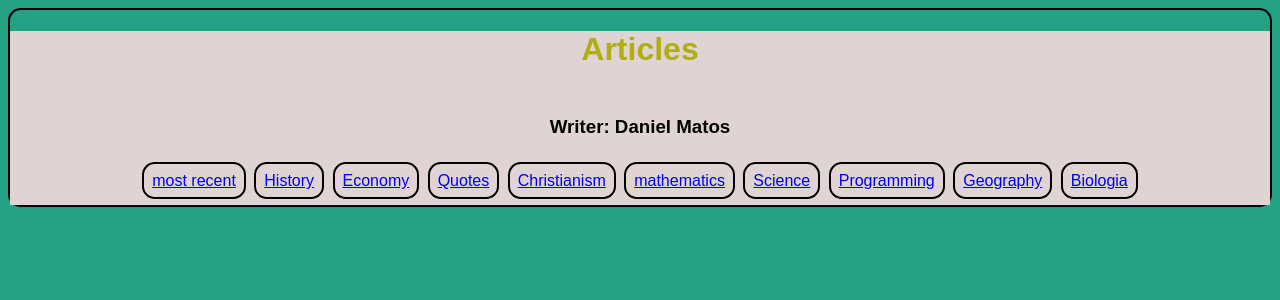
Repository: batmit/FutureFundation.github.io-1
Page: menu/articles/articles.html
These files come from the project's save history. The page is drawn as it stood at one moment and after the next save; the edit follows.
The browser window is 1280 px wide. The pictures show the whole page.

Above is the page before, as saved 2021-09-23 18:00:35.

### menu/articles/articles.html
<!DOCTYPE html>
<html lang="en">
<head>
    <meta charset="UTF-8">
    <meta http-equiv="X-UA-Compatible" content="IE=edge">
    <meta name="viewport" content="width=device-width, initial-scale=1.0">
    <title>Articles</title>
    <link rel="stylesheet" href="/menu/main.css">
    <link rel="stylesheet" href="./articles.css">
</head>
<body>
    <div id="all">


        <header>

            <h1>Articles</h1>

            <h3>Writer: Daniel Matos</h3>

        </header>




        <div id="articles">


            <a href="/menu/articles/ciencias/energia/star_ina_bottle.html">most recent</a>

            <a href="./history/history.html">History</a>

            <a href="/menu/articles/economia/economia.html">Economy</a>

            <a href="/menu/articles/speechs/citações.html">Quotes</a>

            <a href="/menu/articles/cristianism/cristianism.html">Christianism</a>

            <a href="/menu/articles/matematic/matematica.html">mathematics</a>

            <a href="/menu/articles/ciencias/ciencias.html">Science</a>

            <a href="./programming/programming.html">Programming</a>

            <a href="./geografia/geografia.html">Geography</a>

            <a href="./biologia/biologia.html">Biologia</a>

        </div>



    </div>
</body>
</html>

### menu/main.css
body{

    text-align: center;

    border: black 2px solid;

    border-radius: 0.8rem;

    font-family: 'Ubuntu', arial;

    background-color: rgb(36, 161, 130);


}

#articles {
    gap: 3px;
}

#all{

    background-color: rgb(223, 211, 211);

}


#codigo{
    text-align:left;

}


img{
    text-align: center;
    justify-content: center;

}

p{
    font-size: 20px;
    font-family: 'Ubuntu', arial;
}

a{
    border: 2px solid black;

    border-radius: 0.8rem;

    box-sizing: border-box;

    padding: 0.5rem;

    line-height:3rem;

    margin: 2px;


}

a:hover{

    background-color:#F0FFFF;

}

h1{

    margin-bottom: 3rem;

    color: rgb(177, 174, 17);

}

audio {
    -webkit-transition:all 0.5s linear;
    -moz-transition:all 0.5s linear;
    -o-transition:all 0.5s linear;
    transition:all 0.5s linear;
    -moz-box-shadow: 2px 2px 4px 0px #006773;
    -webkit-box-shadow:  2px 2px 4px 0px #006773;
    box-shadow: 2px 2px 4px 0px #006773;
    -moz-border-radius:7px 7px 7px 7px ;
    -webkit-border-radius:7px 7px 7px 7px ;
    border-radius:7px 7px 7px 7px ;
}

audio:hover, audio:focus, audio:active {

-webkit-box-shadow: 15px 15px 20px rgba(0,0, 0, 0.4);
-moz-box-shadow: 15px 15px 20px rgba(0,0, 0, 0.4);
box-shadow: 15px 15px 20px rgba(0,0, 0, 0.4);
-webkit-transform: scale(1.05);
-moz-transform: scale(1.05);
transform: scale(1.05);

}



@media (max-width: 900px) {


    a{

        display: block;
        line-height: 0.5rem;
        padding: 1rem;

    }

    #img{
        text-align: right;
    }

}

@media (prefers-color-scheme: dark) {
    #all{

        background-color: rgb(90, 73, 73);

    }

    h1{
        color: white
    }

    p{
        color: white;
    }

    a{
        background-color: aqua;
    }

    h3{
        color: white;
    }

    strong {
        color: white;
    }


}

### menu/articles/articles.css
.switch {
    position: absolute;
    margin-left: -9999px;
    visibility: hidden;
  }

.switch + label {
    display: block;
    position: relative;
    cursor: pointer;
    outline: none;
    user-select: none;
  }
.switch--shadow + label {
    padding: 2px;
    width: 120px;
    height: 60px;
    background-color: #dddddd;
    border-radius: 60px;
  }
.switch--shadow:checked + label:before {
    background-color: #8ce196;
  }
.switch--shadow:checked + label:after {
    transform: translateX(60px);
  }

After the next save:
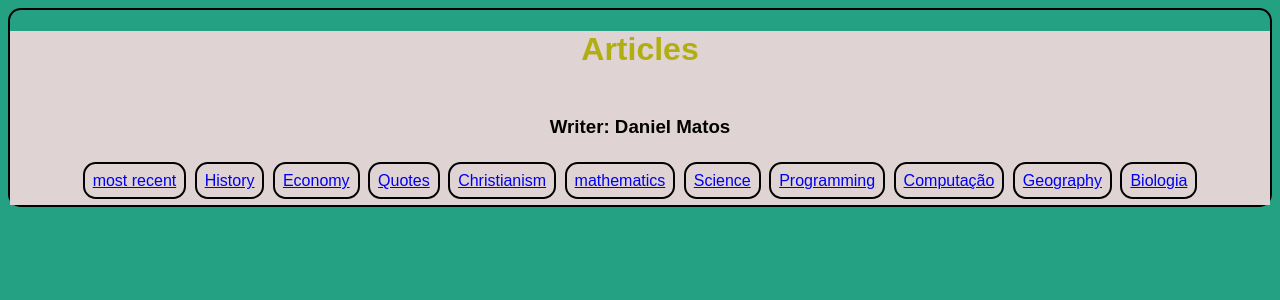
Saved 30 s later.
--- a/menu/articles/articles.html
+++ b/menu/articles/articles.html
@@ -42,6 +42,8 @@
 
             <a href="./programming/programming.html">Programming</a>
 
+            <a href="./computation/computação.html">Computação</a>
+
             <a href="./geografia/geografia.html">Geography</a>
 
             <a href="./biologia/biologia.html">Biologia</a>
